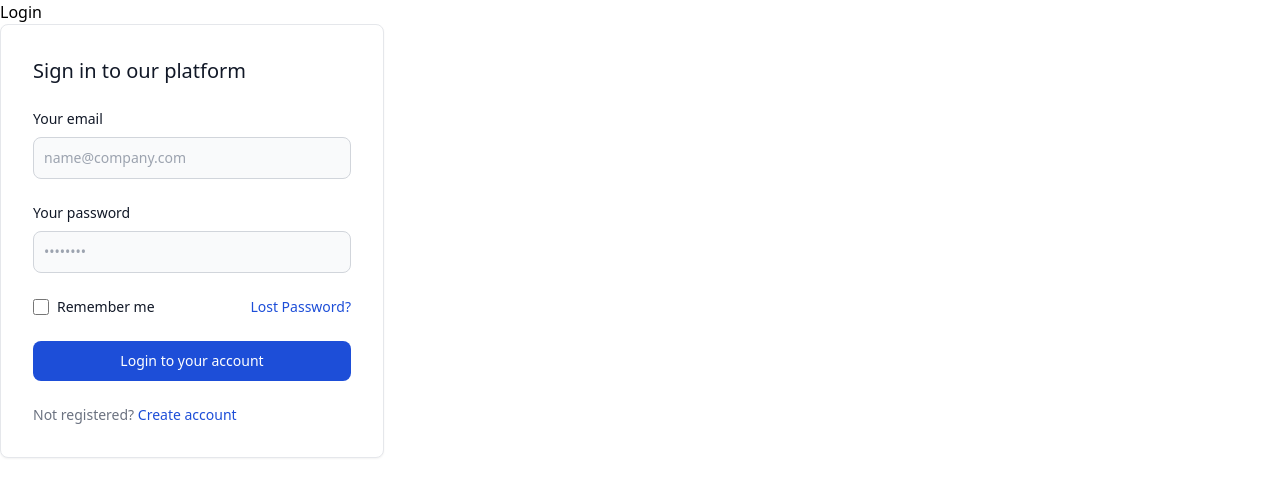
Repository: alizey12/DevLinker-Developer-Portfolio-Builder
Page: /login
These files come from the project's save history. The page is drawn as it stood at one moment and after the next save; the edit follows.
The browser window is 1280 px wide. The pictures show the whole page.
The project was rebuilt for these pictures with package versions that can differ from the ones it lists, and the page was loaded fresh each time. Also part of the build but not shown: vite.config.js, src/Components/Sidebar.jsx, src/Components/Layout/DashboardLayout.jsx, src/Pages/Signup.jsx, src/Pages/Portfolio.jsx, src/Pages/Page404.jsx, src/Pages/Dashboard/Profile.jsx, src/Pages/Dashboard/Skills.jsx and 3 more.

Above is the page before, as saved 2025-06-30 14:48:16.

### src/main.jsx
import { StrictMode } from 'react'

import { createRoot } from 'react-dom/client'
import './index.css'
import App from './App.jsx'
import { BrowserRouter } from 'react-router'

createRoot(document.getElementById('root')).render(
  <StrictMode>
  <BrowserRouter>
    <App />
    </BrowserRouter>
  </StrictMode>,
)

### src/App.jsx
import AppRoutes from "./Routes/AppRoutes";

function App() {
  return (
    <>
<AppRoutes />
    </>
  )
}

export default App

### src/Routes/AppRoutes.jsx
import React from 'react';
import { Routes, Route } from 'react-router';

import DashboardLayout from '../Components/Layout/DashboardLayout';
import Login from '../Pages/Login';
import Signup from '../Pages/Signup';
import Portfolio from '../Pages/Portfolio';
import Page404 from "../Pages/Page404";

import Profile from '../Pages/Dashboard/Profile';
import Skills from '../Pages/Dashboard/Skills';
import Projects from '../Pages/Dashboard/Project';
import Settings from '../Pages/Dashboard/Setting';
import Home from '../Pages/Home';

const AppRoutes = () => {
  return (
    <Routes>
      {/* Public Routes */}
      <Route path='/' element={<Home />} />
      <Route path='/login' element={<Login />} />
      <Route path='/signup' element={<Signup />} />
      <Route path='/portfolio/:username' element={<Portfolio />} />

      {/* Dashboard Routes */}
      <Route path='/dashboard' element={<DashboardLayout />}>
        <Route path="profile" element={<Profile />} />
        <Route path="skills" element={<Skills />} />
        <Route path="projects" element={<Projects />} />
        <Route path="settings" element={<Settings />} />
      </Route>

      {/* 404 Page */}
      <Route path='*' element={<Page404 />} />
    </Routes>
  );
};

export default AppRoutes;

### src/Pages/Login.jsx
import React from 'react'

const Login = () => {
  return (
    <div>
      <h1>Login</h1>


<div class="w-full max-w-sm p-4 bg-white border border-gray-200 rounded-lg shadow-sm sm:p-6 md:p-8 justify-center content-center center dark:bg-gray-800 dark:border-gray-700">
    <form class="space-y-6" action="#">
        <h5 class="text-xl font-medium text-gray-900 dark:text-white">Sign in to our platform</h5>
        <div>
            <label for="email" class="block mb-2 text-sm font-medium text-gray-900 dark:text-white">Your email</label>
            <input type="email" name="email" id="email" class="bg-gray-50 border border-gray-300 text-gray-900 text-sm rounded-lg focus:ring-blue-500 focus:border-blue-500 block w-full p-2.5 dark:bg-gray-600 dark:border-gray-500 dark:placeholder-gray-400 dark:text-white" placeholder="name@company.com" required />
        </div>
        <div>
            <label for="password" class="block mb-2 text-sm font-medium text-gray-900 dark:text-white">Your password</label>
            <input type="password" name="password" id="password" placeholder="••••••••" class="bg-gray-50 border border-gray-300 text-gray-900 text-sm rounded-lg focus:ring-blue-500 focus:border-blue-500 block w-full p-2.5 dark:bg-gray-600 dark:border-gray-500 dark:placeholder-gray-400 dark:text-white" required />
        </div>
        <div class="flex items-start">
            <div class="flex items-start">
                <div class="flex items-center h-5">
                    <input id="remember" type="checkbox" value="" class="w-4 h-4 border border-gray-300 rounded-sm bg-gray-50 focus:ring-3 focus:ring-blue-300 dark:bg-gray-700 dark:border-gray-600 dark:focus:ring-blue-600 dark:ring-offset-gray-800 dark:focus:ring-offset-gray-800" required />
                </div>
                <label for="remember" class="ms-2 text-sm font-medium text-gray-900 dark:text-gray-300">Remember me</label>
            </div>
            <a href="#" class="ms-auto text-sm text-blue-700 hover:underline dark:text-blue-500">Lost Password?</a>
        </div>
        <button type="submit" class="w-full text-white bg-blue-700 hover:bg-blue-800 focus:ring-4 focus:outline-none focus:ring-blue-300 font-medium rounded-lg text-sm px-5 py-2.5 text-center dark:bg-blue-600 dark:hover:bg-blue-700 dark:focus:ring-blue-800">Login to your account</button>
        <div class="text-sm font-medium text-gray-500 dark:text-gray-300">
            Not registered? <a href="#" class="text-blue-700 hover:underline dark:text-blue-500">Create account</a>
        </div>
    </form>
</div>

    </div>
  )
}

export default Login

Loaded but not shown: index.html (common file); src/index.css (common file); tailwind.config.js (common file)

After the next save:
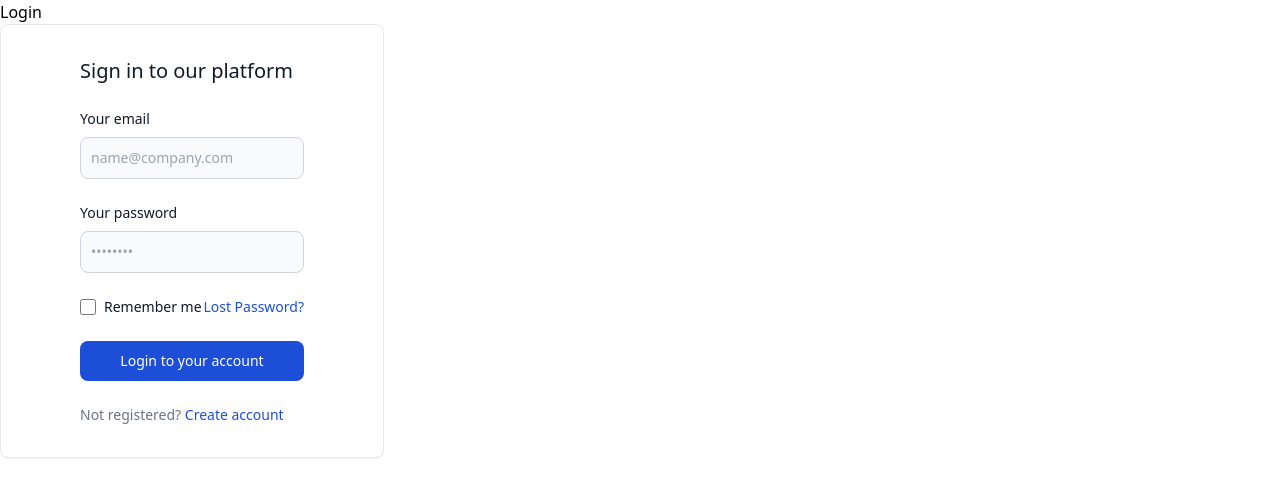
Saved 14 s later.
--- a/src/Pages/Login.jsx
+++ b/src/Pages/Login.jsx
@@ -6,7 +6,7 @@
       <h1>Login</h1>
 
 
-<div class="w-full max-w-sm p-4 bg-white border border-gray-200 rounded-lg shadow-sm sm:p-6 md:p-8 justify-center content-center center dark:bg-gray-800 dark:border-gray-700">
+<div class="w-full max-w-sm p-4 bg-white border border-gray-200 rounded-lg shadow-sm sm:p-6 md:p-8 justify-center content-center place-items-center dark:bg-gray-800 dark:border-gray-700">
     <form class="space-y-6" action="#">
         <h5 class="text-xl font-medium text-gray-900 dark:text-white">Sign in to our platform</h5>
         <div>
